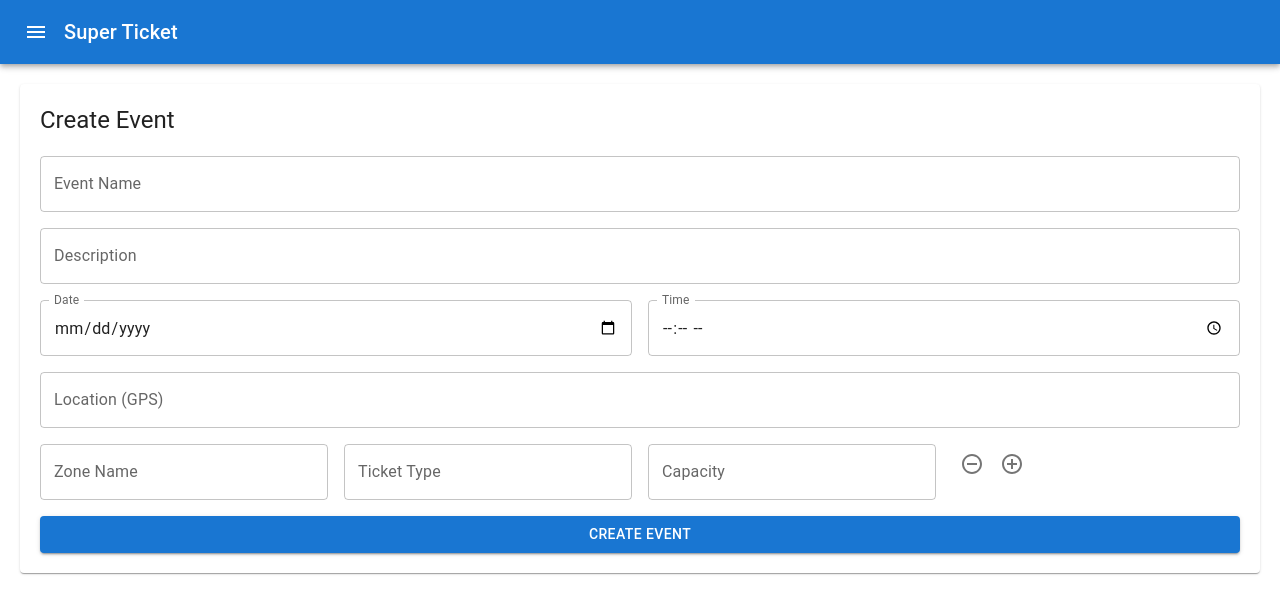
Repository: ferugarte/superticket
Page: /create-event (app in frontend/)
An editor plug-in stored every save of this project. The page is shown before and after the next save, followed by the edit.
The browser window is 1280 px wide. The pictures show the whole page.
The project was rebuilt for these pictures with package versions that can differ from the ones it lists, and the page was loaded fresh each time. Also part of the build but not shown: frontend/src/components/EventList.jsx, frontend/src/components/EventDetail.jsx, frontend/src/components/TicketList.jsx, frontend/src/components/AssignTicket.jsx, frontend/src/services/api.js, frontend/src/components/VerifyTicket.jsx.

Above is the page before, as saved 2024-04-15 15:47:42.

### frontend/src/App.js
// src/App.js
import React from 'react';
import { ThemeProvider } from '@mui/material/styles';
import theme from './theme';
import RouterComponent from './RouterComponent'; // This will handle all routing

function App() {
  return (
    <ThemeProvider theme={theme}>
      <RouterComponent />
    </ThemeProvider>
  );
}

export default App;

### frontend/src/theme.js
// src/theme.js
import { createTheme } from '@mui/material/styles';

const theme = createTheme({
  components: {
    MuiCssBaseline: {
      styleOverrides: `
        form {
          width: 40%;       // Set the width of the form
          margin: 0 auto;   // Center the form horizontally
        }
      `
    }
  }
});

export default theme;

### frontend/src/RouterComponent.js
// src/RouterComponent.js
import React from 'react';
import { BrowserRouter, Routes, Route } from 'react-router-dom';
import Header from './components/Header';
import EventList from './components/EventList';
import EventDetail from './components/EventDetail';
import CreateEvent from './components/CreateEvent';
import TicketList from './components/TicketList';
import AssignTicket from './components/AssignTicket';
import VerifyTicket from './components/VerifyTicket';

function RouterComponent() {
  return (
    <BrowserRouter>
      <Header />
      <Routes>
        <Route path="/" element={<EventList />} />
        <Route path="/events/:id" element={<EventDetail />} />
        <Route path="/create-event" element={<CreateEvent />} />
        <Route path="/tickets" element={<TicketList />} />
        <Route path="/assign-ticket" element={<AssignTicket />} />
        <Route path="/verify-ticket" element={<VerifyTicket />} />
      </Routes>
    </BrowserRouter>
  );
}

export default RouterComponent;

### frontend/src/components/Header.jsx
// src/components/Header.jsx
import React, { useState } from 'react';
import { AppBar, Toolbar, Typography, Icon, Drawer, List, ListItem, ListItemIcon, ListItemText, styled } from '@mui/material';
import MenuIcon from '@mui/icons-material/Menu';
import HomeIcon from '@mui/icons-material/Home';
import EventIcon from '@mui/icons-material/Event';
import CreateIcon from '@mui/icons-material/Create';
import ListAltIcon from '@mui/icons-material/ListAlt';
import VerifiedUserIcon from '@mui/icons-material/VerifiedUser';
import { Link as RouterLink } from 'react-router-dom';

const StyledToolbar = styled(Toolbar)({
    justifyContent: 'space-between',
});

const Header = () => {
    const [isDrawerOpen, setIsDrawerOpen] = useState(false);

    const toggleDrawer = (open) => (event) => {
        if (event.type === 'keydown' && (event.key === 'Tab' || event.key === 'Shift')) {
            return;
        }
        setIsDrawerOpen(open);
    };

    return (
        <>
            <AppBar position="static">
                <StyledToolbar>
                    <Icon
                        edge="start"
                        color="inherit"
                        aria-label="menu"
                        onClick={toggleDrawer(true)}
                        sx={{ mr: 2 }}
                    >
                        <MenuIcon />
                    </Icon>
                    <Typography variant="h6" component={RouterLink} to="/" sx={{ flexGrow: 1, textDecoration: 'none', color: 'inherit' }}>
                        Super Ticket
                    </Typography>
                </StyledToolbar>
            </AppBar>
            <Drawer
                anchor="left"
                open={isDrawerOpen}
                onClose={toggleDrawer(false)}
            >
                <List>
                    <ListItem  component={RouterLink} to="/" onClick={toggleDrawer(false)}>
                        <ListItemIcon><HomeIcon /></ListItemIcon>
                        <ListItemText primary="Home" />
                    </ListItem>
                    <ListItem  component={RouterLink} to="/events" onClick={toggleDrawer(false)}>
                        <ListItemIcon><EventIcon /></ListItemIcon>
                        <ListItemText primary="Events" />
                    </ListItem>
                    <ListItem  component={RouterLink} to="/create-event" onClick={toggleDrawer(false)}>
                        <ListItemIcon><CreateIcon /></ListItemIcon>
                        <ListItemText primary="Create Event" />
                    </ListItem>
                    <ListItem  component={RouterLink} to="/ticket-list" onClick={toggleDrawer(false)}>
                        <ListItemIcon><ListAltIcon /></ListItemIcon>
                        <ListItemText primary="Ticket List" />
                    </ListItem>
                    <ListItem  component={RouterLink} to="/assign-ticket" onClick={toggleDrawer(false)}>
                        <ListItemIcon><VerifiedUserIcon /></ListItemIcon>
                        <ListItemText primary="Assign Ticket" />
                    </ListItem>
                    <ListItem  component={RouterLink} to="/verify-ticket" onClick={toggleDrawer(false)}>
                        <ListItemIcon><VerifiedUserIcon /></ListItemIcon>
                        <ListItemText primary="Verify Ticket" />
                    </ListItem>
                    {/* Add more navigation links as needed */}
                </List>
            </Drawer>
        </>
    );
};

export default Header;

### frontend/src/components/CreateEvent.jsx
import React, { useState } from 'react';
import axios from 'axios';
import { Button, TextField, Paper, Typography, Grid, IconButton } from '@mui/material';
import AddCircleOutlineIcon from '@mui/icons-material/AddCircleOutline';
import RemoveCircleOutlineIcon from '@mui/icons-material/RemoveCircleOutline';

function CreateEvent() {
    const [eventName, setEventName] = useState('');
    const [description, setDescription] = useState('');
    const [date, setDate] = useState('');
    const [time, setTime] = useState('');
    const [location, setLocation] = useState('');
    const [zones, setZones] = useState([
        { zoneName: '', ticketType: '', capacity: '' }
    ]);

    const handleAddZone = () => {
        setZones([...zones, { zoneName: '', ticketType: '', capacity: '' }]);
    };

    const handleRemoveZone = (index) => {
        const list = [...zones];
        list.splice(index, 1);
        setZones(list);
    };

    const handleChangeZone = (index, event) => {
        const { name, value } = event.target;
        const list = [...zones];
        list[index][name] = value;
        setZones(list);
    };

    const handleSubmit = (e) => {
        e.preventDefault();
        const eventData = {
            name: eventName,
            description,
            date,
            time,
            location,
            zones
        };
        axios.post('http://localhost:3000/api/events', eventData)
            .then(() => alert('Event created successfully!'))
            .catch(error => alert('Error creating event:', error));
    };

    return (
        <Paper style={{ padding: 20, margin: '20px' }}>
            <Typography variant="h5" component="h3" style={{ marginBottom: 20 }}>
                Create Event
            </Typography>
            <form onSubmit={handleSubmit}>
                <Grid container spacing={2}>
                    <Grid item xs={12}>
                        <TextField
                            label="Event Name"
                            value={eventName}
                            onChange={(e) => setEventName(e.target.value)}
                            fullWidth
                        />
                    </Grid>
                    <Grid item xs={12}>
                        <TextField
                            label="Description"
                            value={description}
                            onChange={(e) => setDescription(e.target.value)}
                            fullWidth
                        />
                    </Grid>
                    <Grid item xs={6}>
                        <TextField
                            label="Date"
                            type="date"
                            value={date}
                            onChange={(e) => setDate(e.target.value)}
                            fullWidth
                            InputLabelProps={{ shrink: true }}
                        />
                    </Grid>
                    <Grid item xs={6}>
                        <TextField
                            label="Time"
                            type="time"
                            value={time}
                            onChange={(e) => setTime(e.target.value)}
                            fullWidth
                            InputLabelProps={{ shrink: true }}
                        />
                    </Grid>
                    <Grid item xs={12}>
                        <TextField
                            label="Location (GPS)"
                            value={location}
                            onChange={(e) => setLocation(e.target.value)}
                            fullWidth
                        />
                    </Grid>
                    {zones.map((zone, index) => (
                        <React.Fragment key={index}>
                            <Grid item xs={3}>
                                <TextField
                                    label="Zone Name"
                                    name="zoneName"
                                    value={zone.zoneName}
                                    onChange={e => handleChangeZone(index, e)}
                                    fullWidth
                                />
                            </Grid>
                            <Grid item xs={3}>
                                <TextField
                                    label="Ticket Type"
                                    name="ticketType"
                                    value={zone.ticketType}
                                    onChange={e => handleChangeZone(index, e)}
                                    fullWidth
                                />
                            </Grid>
                            <Grid item xs={3}>
                                <TextField
                                    label="Capacity"
                                    name="capacity"
                                    type="number"
                                    value={zone.capacity}
                                    onChange={e => handleChangeZone(index, e)}
                                    fullWidth
                                />
                            </Grid>
                            <Grid item xs={3}>
                                <IconButton onClick={() => handleRemoveZone(index)}>
                                    <RemoveCircleOutlineIcon />
                                </IconButton>
                                {index === zones.length - 1 && (
                                    <IconButton onClick={handleAddZone}>
                                        <AddCircleOutlineIcon />
                                    </IconButton>
                                )}
                            </Grid>
                        </React.Fragment>
                    ))}
                    <Grid item xs={12}>
                        <Button type="submit" variant="contained" color="primary" fullWidth>
                            Create Event
                        </Button>
                    </Grid>
                </Grid>
            </form>
        </Paper>
    );
}

export default CreateEvent;

Loaded but not shown: frontend/public/index.html (common file); frontend/src/index.js (common file); frontend/src/index.css (common file); frontend/src/reportWebVitals.js (common file)

After the next save:
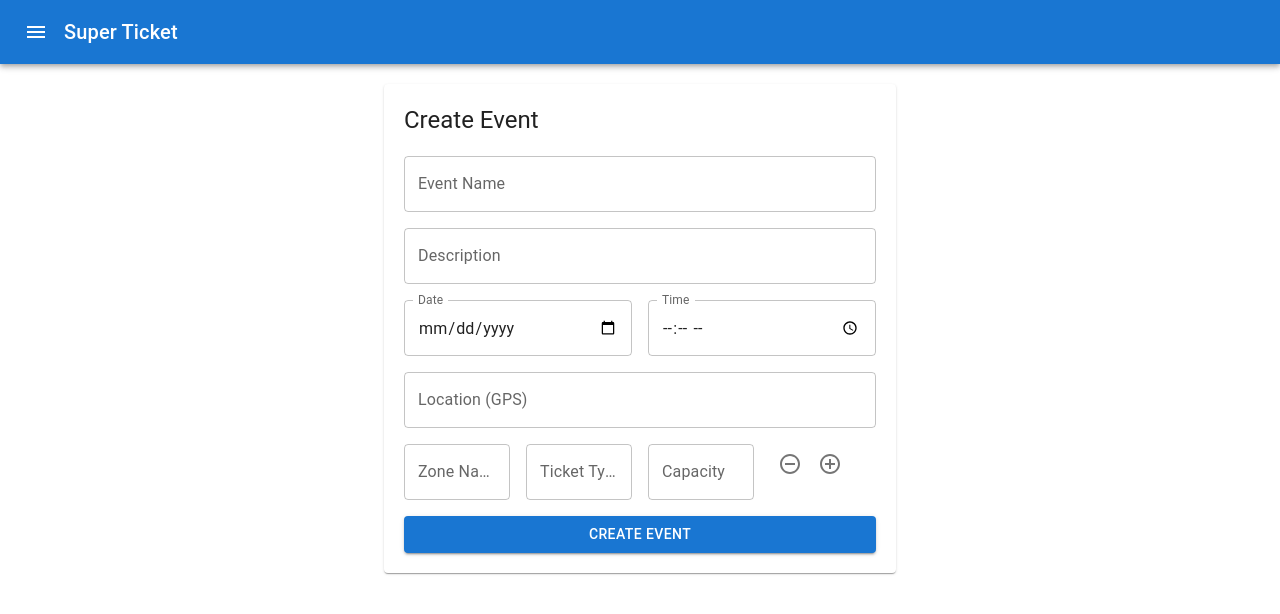
Saved 25 s later.
--- a/frontend/src/components/CreateEvent.jsx
+++ b/frontend/src/components/CreateEvent.jsx
@@ -1,6 +1,6 @@
 import React, { useState } from 'react';
 import axios from 'axios';
-import { Button, TextField, Paper, Typography, Grid, IconButton } from '@mui/material';
+import { Button, TextField, Paper, Typography, Grid, IconButton, Container } from '@mui/material';
 import AddCircleOutlineIcon from '@mui/icons-material/AddCircleOutline';
 import RemoveCircleOutlineIcon from '@mui/icons-material/RemoveCircleOutline';
 
@@ -47,6 +47,7 @@ function CreateEvent() {
     };
 
     return (
+        <Container maxWidth="sm">
         <Paper style={{ padding: 20, margin: '20px' }}>
             <Typography variant="h5" component="h3" style={{ marginBottom: 20 }}>
                 Create Event
@@ -147,6 +148,7 @@ function CreateEvent() {
                 </Grid>
             </form>
         </Paper>
+        </Container>
     );
 }
 
